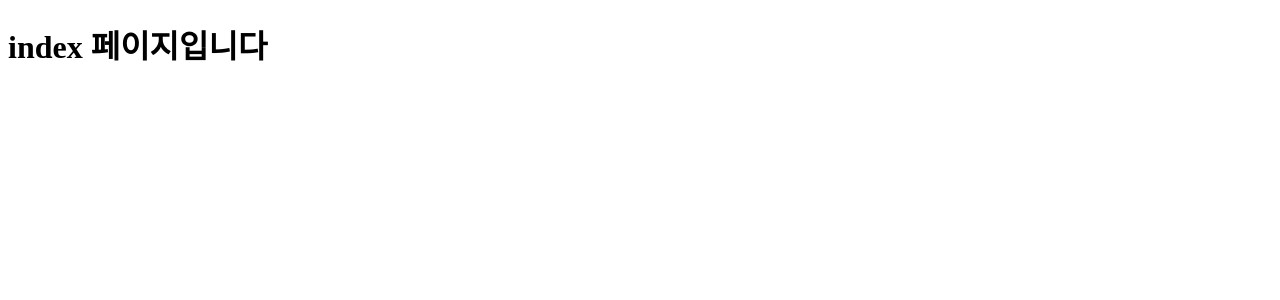
Repository: ryu1917/jsp
Page: http://localhost/jsp03/quiz_cookie_session/index.jsp
These files come from the project's save history. The page is drawn as it stood at one moment and after the next save; the edit follows.
The browser window is 1280 px wide. The pictures show the whole page.
The page is served by Tomcat 9.

Above is the page before, as saved 2021-04-23 07:31:03.

### workspace/jsp03/src/main/webapp/quiz_cookie_session/index.jsp
<%@ page language="java" contentType="text/html; charset=UTF-8"
    pageEncoding="UTF-8"%>
<!DOCTYPE html>
<html>
<head>
<meta charset="UTF-8">
<title>Insert title here</title>
</head>
<body>
	<h1>index 페이지입니다</h1>

<%

	Cookie[] cookieArr= request.getCookies();
	boolean bool=true;
	out.print("<br>");
	if(cookieArr!=null){
	for(Cookie c:cookieArr){
		out.print("id : "+c.getName()+"<br>");
		out.print("value : "+c.getValue()+"<br>");
		if(c.getValue().equals("myCookie")){
			bool=false;
				}
			}
		}
	%>
	<%if(bool){ %>
	<script type="text/javascript">
		window.open("popup.jsp","","width=300,height=300,top=500,left=500")
	</script>
	<%} %>


</body>
</html>

After the next save:
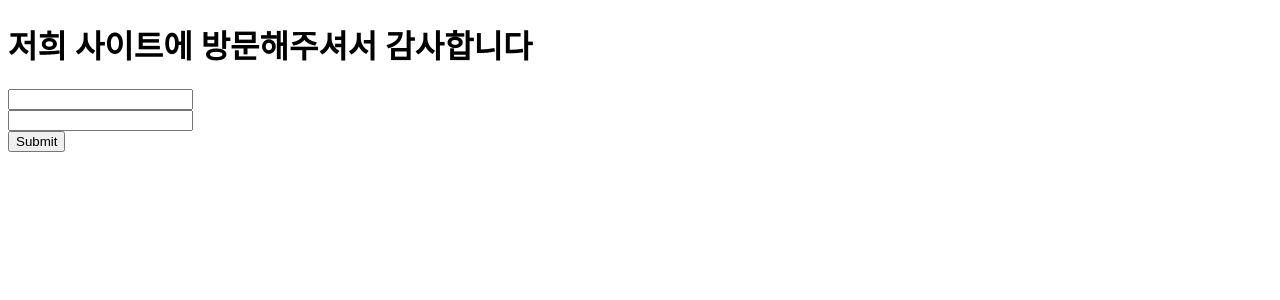
Saved 25 min 12 s later.
--- a/workspace/jsp03/src/main/webapp/quiz_cookie_session/index.jsp
+++ b/workspace/jsp03/src/main/webapp/quiz_cookie_session/index.jsp
@@ -7,8 +7,13 @@
 <title>Insert title here</title>
 </head>
 <body>
-	<h1>index 페이지입니다</h1>
+	<h1>저희 사이트에 방문해주셔서 감사합니다</h1>
+	<form method="post" action="chkUser.jsp">
+		<input type="text" name="id"><br>
+		<input type="password" name="pwd"><br>
+		<input type="submit" name="submit"><br>
 
+	</form>
 <%
 
 	Cookie[] cookieArr= request.getCookies();
